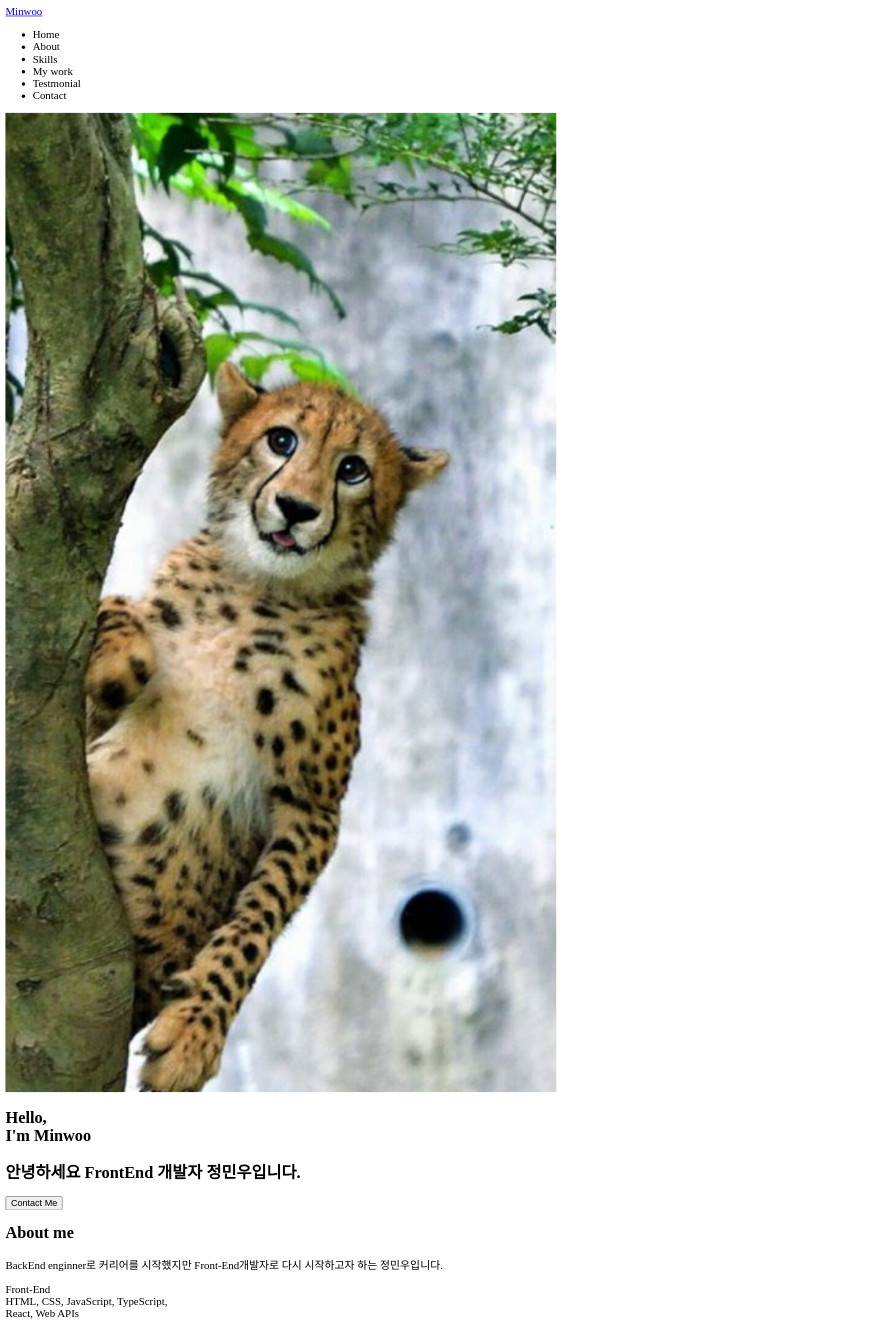
Repository: DevMinwoo-Jung/Portfolio
Page: index.html
An editor plug-in stored every save of this project. The page is shown before and after the next save, followed by the edit.
The browser window is 1280 px wide. The pictures show the whole page, at 68% of full size.

Above is the page before, as saved 2021-03-22 13:09:55.

### index.html
<!DOCTYPE html>
<html lang="en">
<head>
  <meta charset="UTF-8">
  <meta http-equiv="X-UA-Compatible" content="IE=edge">
  <meta name="viewport" content="width=device-width, initial-scale=1.0">
  <title>Minwoo's Portfolio</title>
  <meta name="description" content="Portfolio for FrontEnd software enginner Ellie">
  <meta name="author" content="Minwoo">
  <link rel="icon" type="image/png" href="imgs/favicon.png" />
  <i class="fas fa-address-card"></i>
  <link rel="preconnect" href="https://fonts.gstatic.com">
<link href="https://fonts.googleapis.com/css2?family=Open+Sans:wght@400;600;700&display=swap" rel="stylesheet">
<!-- font-family: 'Open Sans', sans-serif; -->
<link rel="stylesheet" href="style.css">
<script src="main.js" defer></script>
</head>
<body>
  <!-- Navbar -->
  <nav id="navbar">
    <div class="navbar__logo"></div>
    <i class="fas fa-archway"></i>
    <a href="#">Minwoo</a>
      <ul class="navbar__menu">
        <li class="navbar__menu__item">Home</li>
        <li class="navbar__menu__item">About</li>
        <li class="navbar__menu__item">Skills</li>
        <li class="navbar__menu__item">My work</li>
        <li class="navbar__menu__item">Testmonial</li>
        <li class="navbar__menu__item">Contact</li>
      </ul>
  </nav>
  <!-- Home -->
  <section id="home">
    <img src="imgs/main.png"
         alt="Minwoo's profile photo"
         class="home__avatar"
     />
    <h1 class="home__title">Hello, <br> I'm Minwoo</h1>
    <h2 class="home__description">안녕하세요 FrontEnd 개발자 정민우입니다.</h2>
    <button class="home__contact">Contact Me</button>
  </section>
  <!-- About -->
  <section id="about">
    <h1>About me</h1>
    <p>
      BackEnd enginner로 커리어를 시작했지만 Front-End개발자로 다시 시작하고자 하는 정민우입니다.
    </p>
    <div class="about__majors">
      <div class="major">
        <div class="major__icon">
          <i class="fab fa-js-square"></i>
        </div>
      </div>
      <div class="major__title">Front-End</div>
      <div class="major__description">
        HTML, CSS, JavaScript, TypeScript,
        <br/> React, Web APIs
      </div>
    </div>
  </section>
  <!-- Skills -->
  <section id="skills">
  </section>
  <!-- Work -->
  <section id="work">
  <!-- Testmonials -->
  <section id="testmonials">
  <!-- Contact -->
  <section id="contact"></section>
  </section>
  </section>
  </section>
</body>
</html>

Loaded but not shown: main.js (no stored copy; drawn as an empty file); style.css (no stored copy; drawn as an empty file)

After the next save:
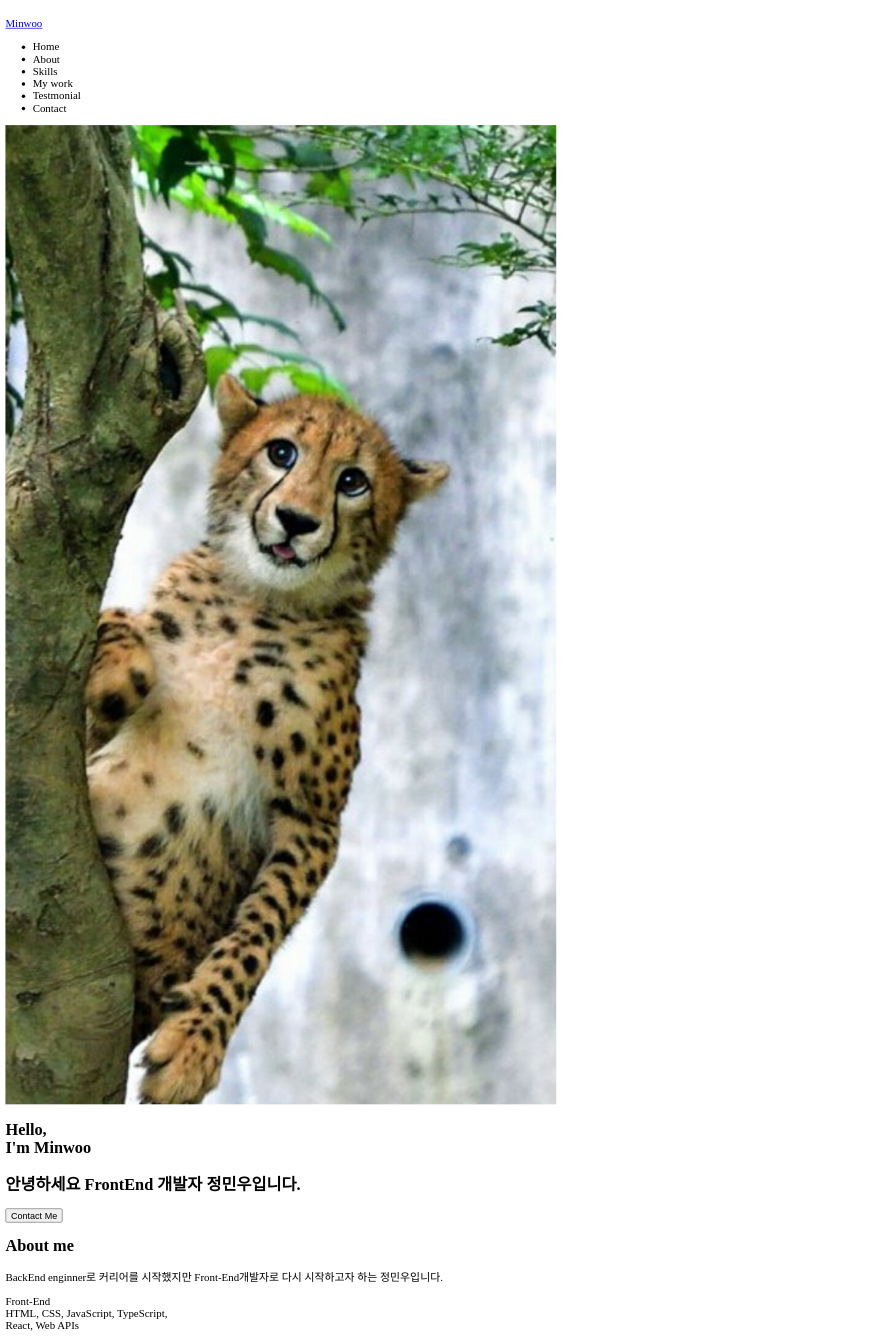
Saved 104 s later.
--- a/index.html
+++ b/index.html
@@ -11,6 +11,7 @@
   <i class="fas fa-address-card"></i>
   <link rel="preconnect" href="https://fonts.gstatic.com">
 <link href="https://fonts.googleapis.com/css2?family=Open+Sans:wght@400;600;700&display=swap" rel="stylesheet">
+<link rel="stylesheet" href="https://maxcdn.bootstrapcdn.com/font-awesome/4.7.0/css/font-awesome.min.css">
 <!-- font-family: 'Open Sans', sans-serif; -->
 <link rel="stylesheet" href="style.css">
 <script src="main.js" defer></script>
